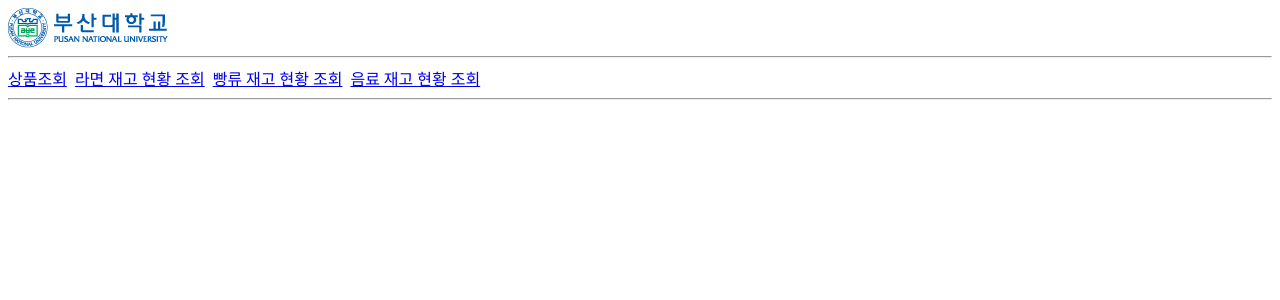
Repository: Gwangil/PCManager
Page: http://localhost/pcmanager.2.1.0/product/productInfo.jsp
The author's editor kept a copy of each file at every save. The page is drawn from the files as they stood at one save, then again after the next save.
The browser window is 1280 px wide. The pictures show the whole page.
The page is served by Tomcat 9.

Above is the page before, as saved 2017-07-20 07:55:02.

After the next save:
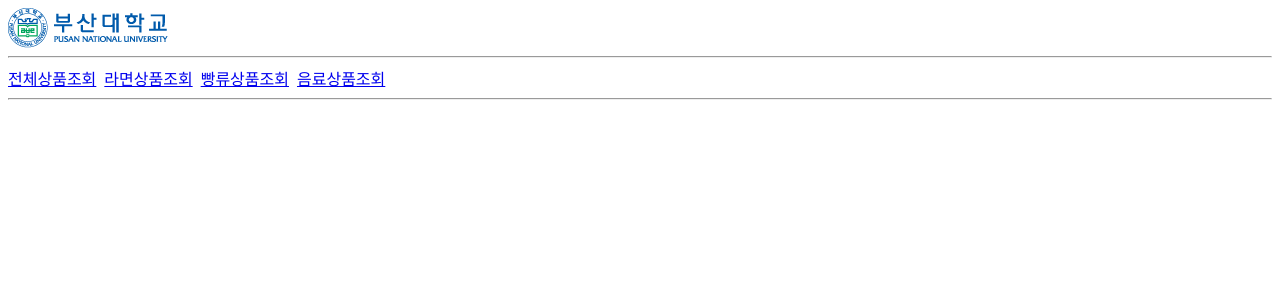
Saved 61 s later.
--- a/04.Workspace/02.pcmanager_workspace_2.0.0/pcmanager.2.1.0/WebContent/product/productInfo.jsp
+++ b/04.Workspace/02.pcmanager_workspace_2.0.0/pcmanager.2.1.0/WebContent/product/productInfo.jsp
@@ -13,10 +13,10 @@
 </a>
 <hr>
 <!-- category link -->
-<a href="/pcm/pcontroller?action=getProductAll">상품조회</a>&nbsp;
-<a href="/pcm/pcontroller?action=getCategoryAll&category=라면">라면 재고 현황 조회</a>&nbsp;
-<a href="/pcm/pcontroller?action=getCategoryAll&category=빵류">빵류 재고 현황 조회</a>&nbsp;
-<a href="/pcm/pcontroller?action=getCategoryAll&category=음료">음료 재고 현황 조회</a>&nbsp;
+<a href="/pcm/pcontroller?action=getProductAll">전체상품조회</a>&nbsp;
+<a href="/pcm/pcontroller?action=getCategoryAll&category=라면">라면상품조회</a>&nbsp;
+<a href="/pcm/pcontroller?action=getCategoryAll&category=빵류">빵류상품조회</a>&nbsp;
+<a href="/pcm/pcontroller?action=getCategoryAll&category=음료">음료상품조회</a>&nbsp;
 <hr>
 
 
